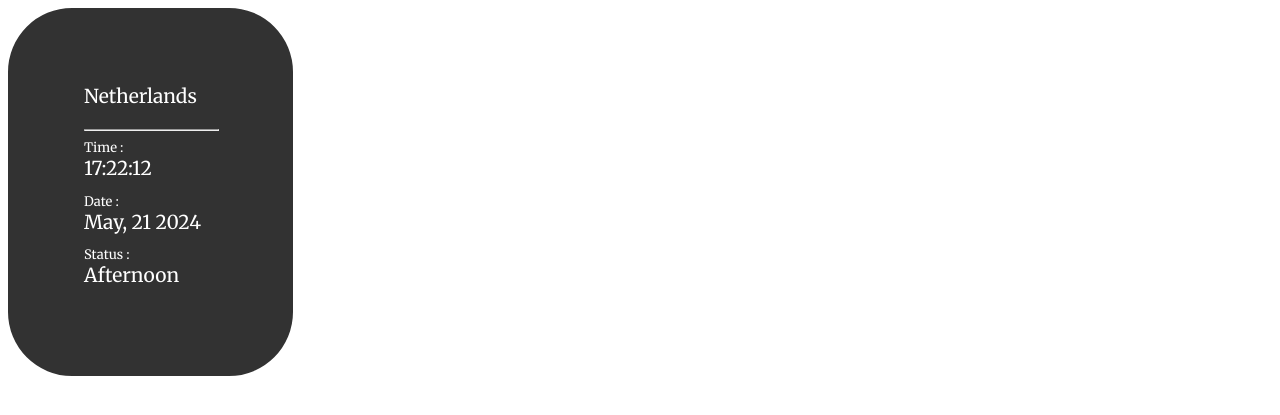
Repository: SnakeXrnt/notion-clock
Page: netherlands.html
An editor plug-in stored every save of this project. The page is shown before and after the next save, followed by the edit.
The browser window is 1280 px wide. The pictures show the whole page.

Above is the page before, as saved 2024-05-21 16:48:31.

After the next save:
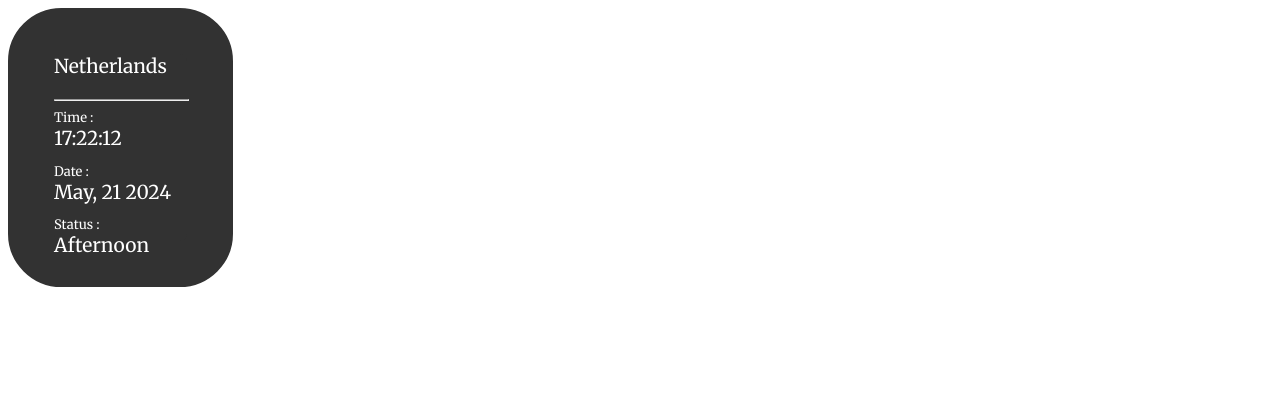
Saved 36 s later.
--- a/netherlands.html
+++ b/netherlands.html
@@ -28,10 +28,10 @@
             display: flex;
             flex-direction: column;
             width: 100pt;
-            height: max-content;
-            border: 6vw solid rgb(50, 50, 50);
+            height: 140pt;
+            border: 35pt solid rgb(50, 50, 50);
             background-color: rgb(50, 50, 50);
-            border-radius: 5vw;
+            border-radius: 40pt;
 
         }
     </style>
